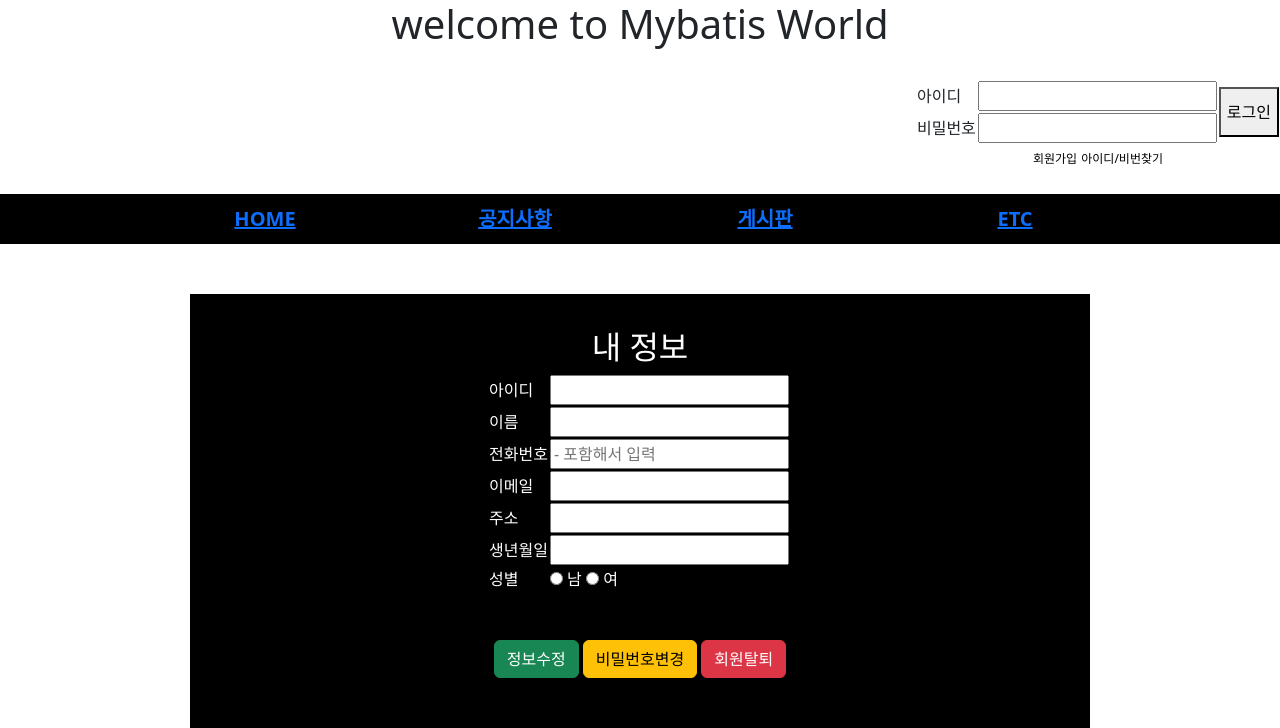
Repository: jchxnee/Juchan
Page: http://localhost/mybatisProject/views/member/myPage.jsp
The author's editor kept a copy of each file at every save. The page is drawn from the files as they stood at one save, then again after the next save.
The browser window is 1280 px wide. The pictures show the whole page.
The page is served by Tomcat 10.

Above is the page before, as saved 2025-03-06 06:33:11.

After the next save:
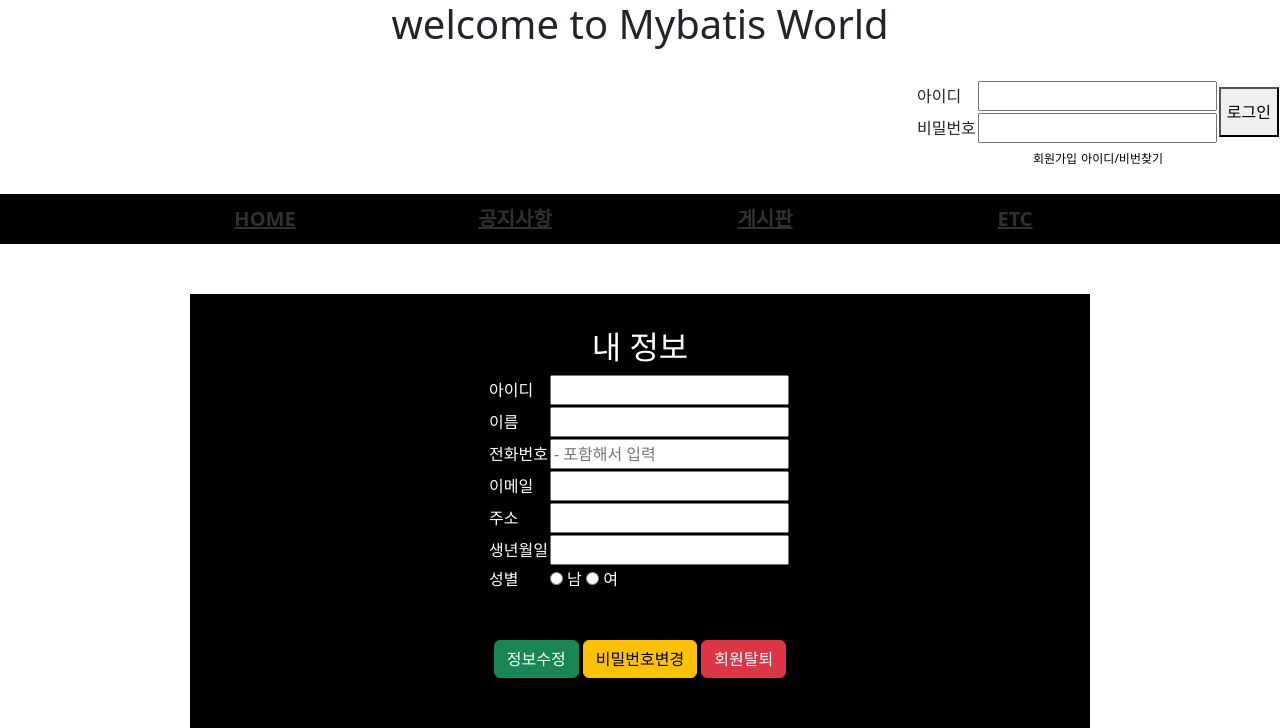
Saved 45 s later.
--- a/08_MyBatis/mybatisProject/src/main/webapp/views/common/menubar.jsp
+++ b/08_MyBatis/mybatisProject/src/main/webapp/views/common/menubar.jsp
@@ -38,6 +38,16 @@
         font-size: 20px;
         font-weight: bold;
     }
+
+	    .menu a {
+	   color: rgb(48, 48, 48);
+	   font-size: 20px;
+	   font-weight: bold;
+	   text-align: center;
+	   width: 100%;
+	   height: 100%;
+	   line-height: 50px;
+	}
     .outer{
     	width: 900px;
     	background: black;
